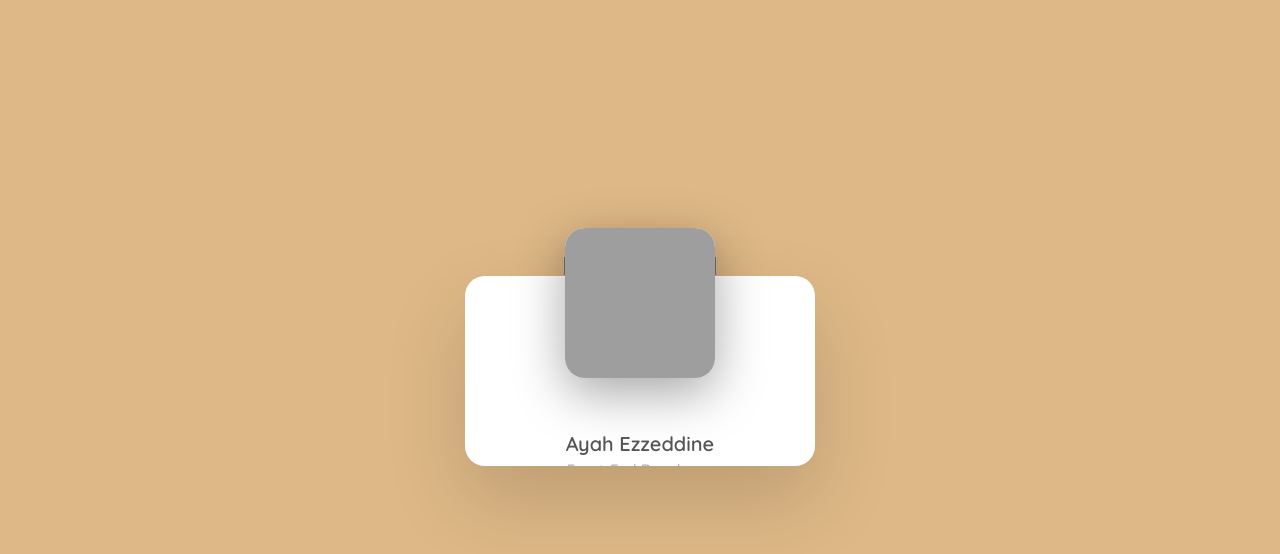
Repository: ayah1996/Github-Profiles
Page: index.html
These files come from the project's save history. The page is drawn as it stood at one moment and after the next save; the edit follows.
The browser window is 1280 px wide. The pictures show the whole page.
Pictures or frames that could not be fetched are drawn as grey boxes. The page's requests for data from a server got no answer.

Above is the page before, as saved 2023-01-26 14:34:13.

### index.html
<!DOCTYPE html>
<html lang="en">
  <head>
    <meta charset="UTF-8" />
    <meta http-equiv="X-UA-Compatible" content="IE=edge" />
    <meta name="viewport" content="width=device-width, initial-scale=1.0" />
    <link rel="stylesheet" href="style.css" />
    <script src="script.js" defer></script>
    <title>Github Profile</title>
  </head>
  <body>
    <main id="main">
      <form id="form">
        <input type="text" id="search" placeholder="Search A Github User ..." />
      </form>
      <div class="card">
        <div class="imgBox">
          <img src="unnamed.jpg" alt="profile Image" />
        </div>
        <div class="content">
          <div class="details">
            <h2>Ayah Ezzeddine <br /><span> Front-End Developer </span></h2>
            <div class="data">
              <h3>342<br /><span>Followers</span></h3>
              <h3>342<br /><span>Following</span></h3>
              <h3>100<br /><span>Repos</span></h3>
            </div>
          </div>
        </div>
      </div>
    </main>
  </body>
</html>

### style.css
@import url("https://fonts.googleapis.com/css2?family=Quicksand:wght@400;500;600;700&display=swap");

* {
  margin: 0;
  padding: 0;
  box-sizing: border-box;
  font-family: "Quicksand", sans-serif;
}

body {
  margin: 0;
}

#main {
  display: flex;
  justify-content: center;
  flex-direction: column;
  align-items: center;
  min-height: 100vh;
  background-color: burlywood;
}

.card {
  position: relative;
  width: 350px;
  height: 190px;
  /* height: 450px; */
  background-color: #fff;
  border-radius: 20px;
  box-shadow: 0 35px 80px rgba(0, 0, 0, 0.15);
  transition: 0.5s;
}

.card:hover {
  height: 450px;
}

.imgBox {
  position: absolute;
  left: 50%;
  top: -25%;
  transform: translateX(-50%);
  width: 150px;
  height: 150px;
  background-color: #fff;
  border-radius: 20px;
  box-shadow: 0 15px 50px rgba(0, 0, 0, 0.35);
  overflow: hidden;
  transition: 0.5s;
}
.card:hover .imgBox {
  width: 250px;
  height: 250px;
}
.imgBox img {
  position: absolute;
  top: 0;
  left: 0;
  width: 100%;
  height: 100%;
  -o-object-fit: cover;
  object-fit: cover;
}

.card .content {
  position: absolute;
  width: 100%;
  height: 100%;
  display: flex;
  justify-content: center;
  align-items: flex-end;
  overflow: hidden;
}

.card .details {
  width: 100%;
  padding: 40px;
  text-align: center;
  transition: 0.5s;
  transform: translateY(135px);
}

.card:hover .details {
  transform: translateY(0px);
}
.card .details h2 {
  font-size: 1.25em;
  font-weight: 600;
  color: #555;
  line-height: 1.2em;
}

.card .details h2 span {
  font-size: 0.75em;
  font-weight: 500;
  opacity: 0.5;
}

.card .details .data {
  display: flex;
  justify-content: space-between;
  margin: 20px 0;
}

.card .details .data h3 {
  font-size: 1em;
  color: #555;
  line-height: 1.2em;
  font-weight: 600;
}
.card .details .data h3 span {
  font-size: 0.85em;
  font-weight: 400;
  opacity: 0.5;
}

### script.js
const APIURL = "https://api.github.com/users/";

const main = document.getElementById("main");
const form = document.getElementById("form");
const search = document.getElementById("search");

getUser("ayah1996");

async function getUser(username) {
  const response = await fetch(APIURL + username);
  const data = await response.json();

  createUserCard(data);
  getRepos(username);
}

async function getRepos(username) {
  const response = await fetch(APIURL + username + "/repos");
  const data = await response.json();

  addReposToCard(data);
}

function createUserCard(user) {
  const cardHTML = ``;
}

After the next save:
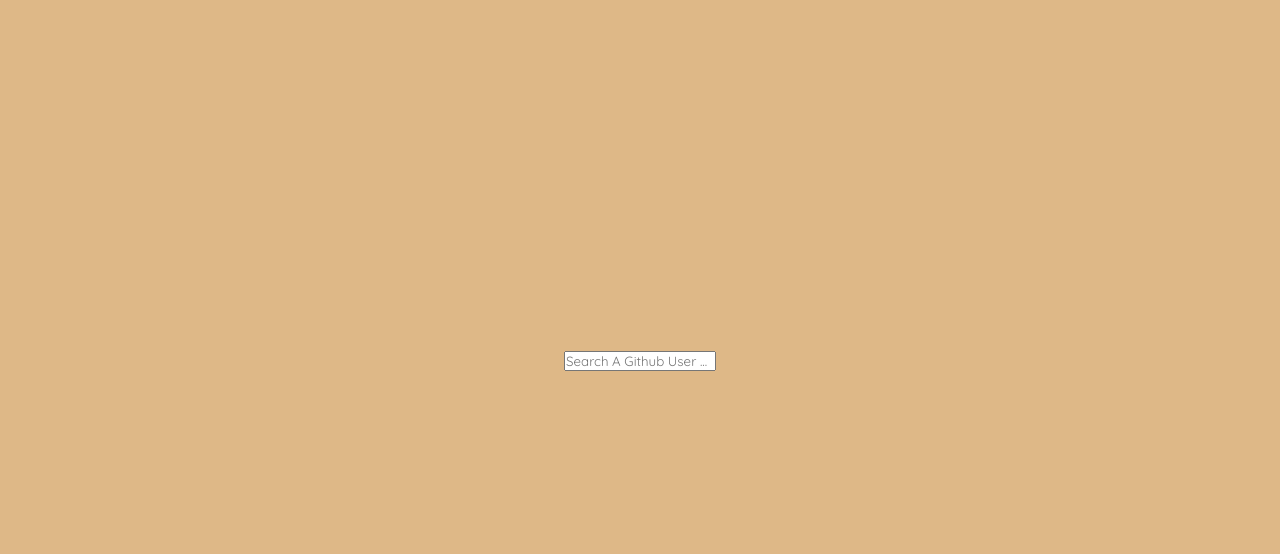
Saved 12 s later.
--- a/index.html
+++ b/index.html
@@ -13,7 +13,7 @@
       <form id="form">
         <input type="text" id="search" placeholder="Search A Github User ..." />
       </form>
-      <div class="card">
+      <!-- <div class="card">
         <div class="imgBox">
           <img src="unnamed.jpg" alt="profile Image" />
         </div>
@@ -27,7 +27,7 @@
             </div>
           </div>
         </div>
-      </div>
+      </div> -->
     </main>
   </body>
 </html>

After the save that followed:
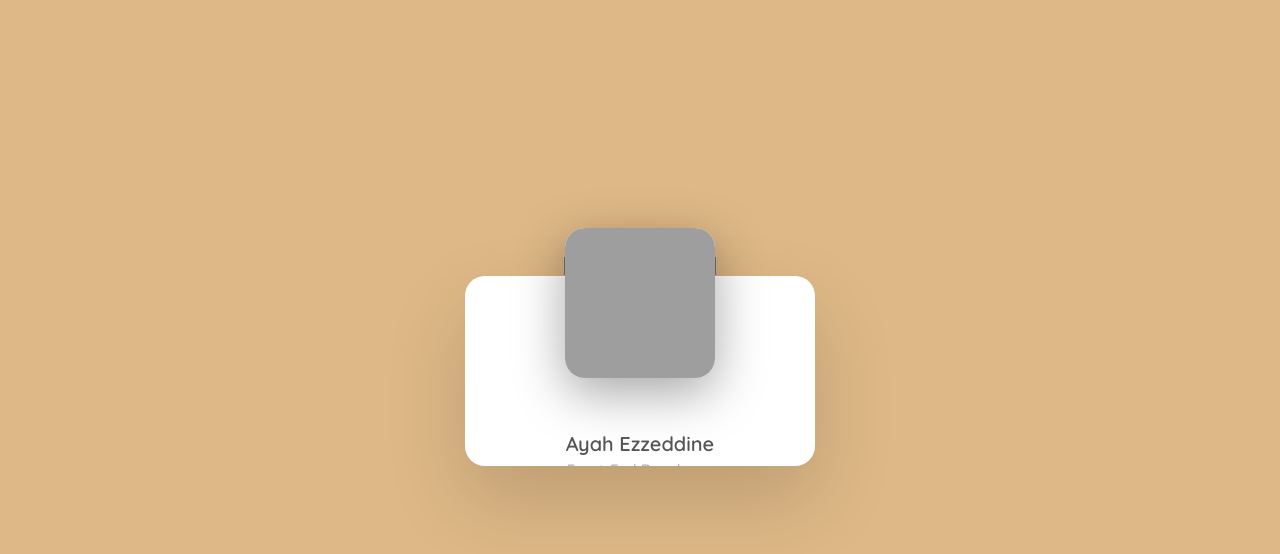
Saved 9 s later.
--- a/index.html
+++ b/index.html
@@ -13,7 +13,7 @@
       <form id="form">
         <input type="text" id="search" placeholder="Search A Github User ..." />
       </form>
-      <!-- <div class="card">
+      <div class="card">
         <div class="imgBox">
           <img src="unnamed.jpg" alt="profile Image" />
         </div>
@@ -27,7 +27,7 @@
             </div>
           </div>
         </div>
-      </div> -->
+      </div>
     </main>
   </body>
 </html>
